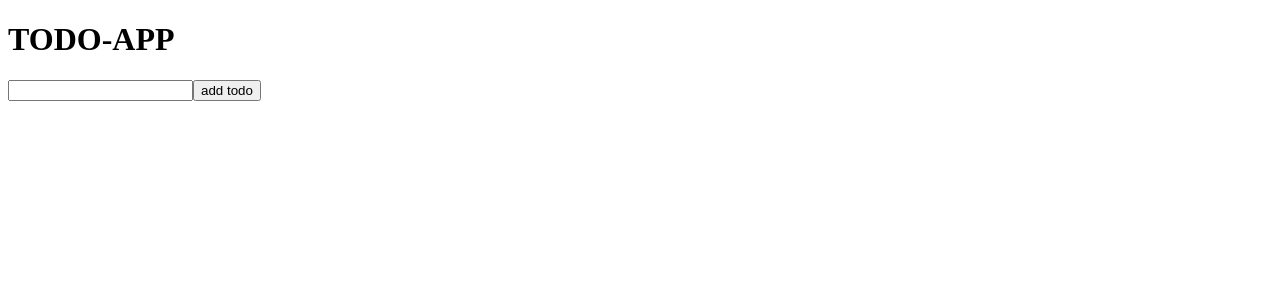
Repository: bilelsalemdev/todo-app
Page: /
An editor plug-in stored every save of this project. The page is shown before and after the next save, followed by the edit.
The browser window is 1280 px wide. The pictures show the whole page.
The project was rebuilt for these pictures with package versions that can differ from the ones it lists, and the page was loaded fresh each time. Also part of the build but not shown: src/App.css.

Above is the page before, as saved 2022-11-04 16:54:20.

### src/App.js

import './App.css';
import { useState } from 'react';

function App() {
  const [value, setValue ] = useState('')
  const values = []
  const handleClick = (e) => {
    values.push(value)
  }
  const handleChange = (e) => {
    setValue(e.target.value)
  }
  return (
    <div>
      <h1>TODO-APP</h1>
      <input type="text" onChange={handleChange} value={value} />
      <button onClick={handleClick} >add todo</button>
      <ul>

      </ul>
    </div>
  );
}

export default App;

Loaded but not shown: public/index.html (common file); src/index.js (common file)

After the next save:
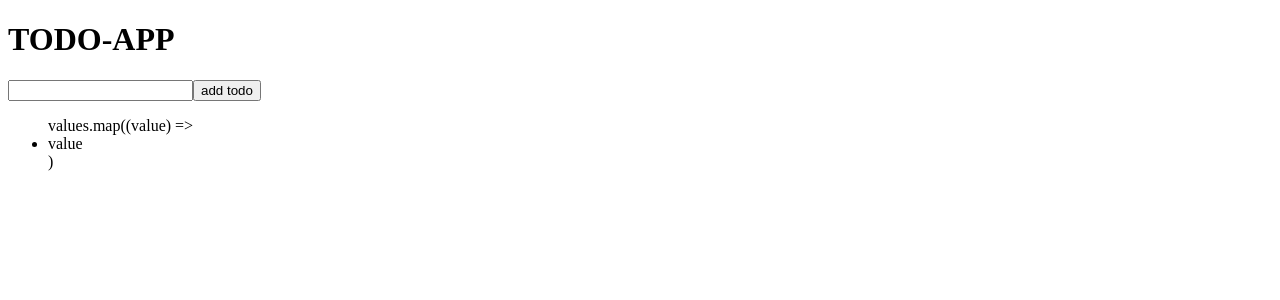
Saved 57 s later.
--- a/src/App.js
+++ b/src/App.js
@@ -17,7 +17,7 @@
       <input type="text" onChange={handleChange} value={value} />
       <button onClick={handleClick} >add todo</button>
       <ul>
-
+      values.map((value) => {<li>value</li>})
       </ul>
     </div>
   );

After the 4 saves that followed:
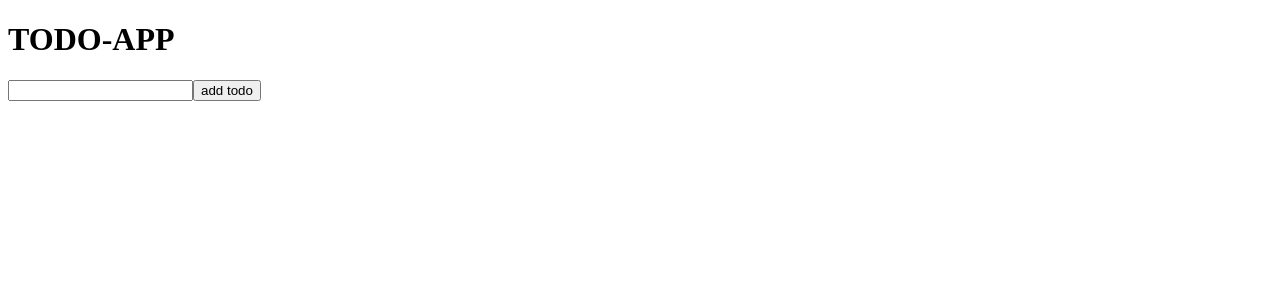
The 4 saves are shown as one change because 3 did not build or start.
The last was saved 7 min 33 s later.
--- a/src/App.js
+++ b/src/App.js
@@ -4,9 +4,10 @@
 
 function App() {
   const [value, setValue ] = useState('')
-  const values = []
-  const handleClick = (e) => {
-    values.push(value)
+  const [datas, setData] = useState([])
+  const handleClick = () => {
+    setData(...datas, value)
+    setValue('')
   }
   const handleChange = (e) => {
     setValue(e.target.value)
@@ -17,7 +18,7 @@
       <input type="text" onChange={handleChange} value={value} />
       <button onClick={handleClick} >add todo</button>
       <ul>
-      values.map((value) => {<li>value</li>})
+      {datas.map((data, index) => (<li key={index}>{data}</li>) )}
       </ul>
     </div>
   );
